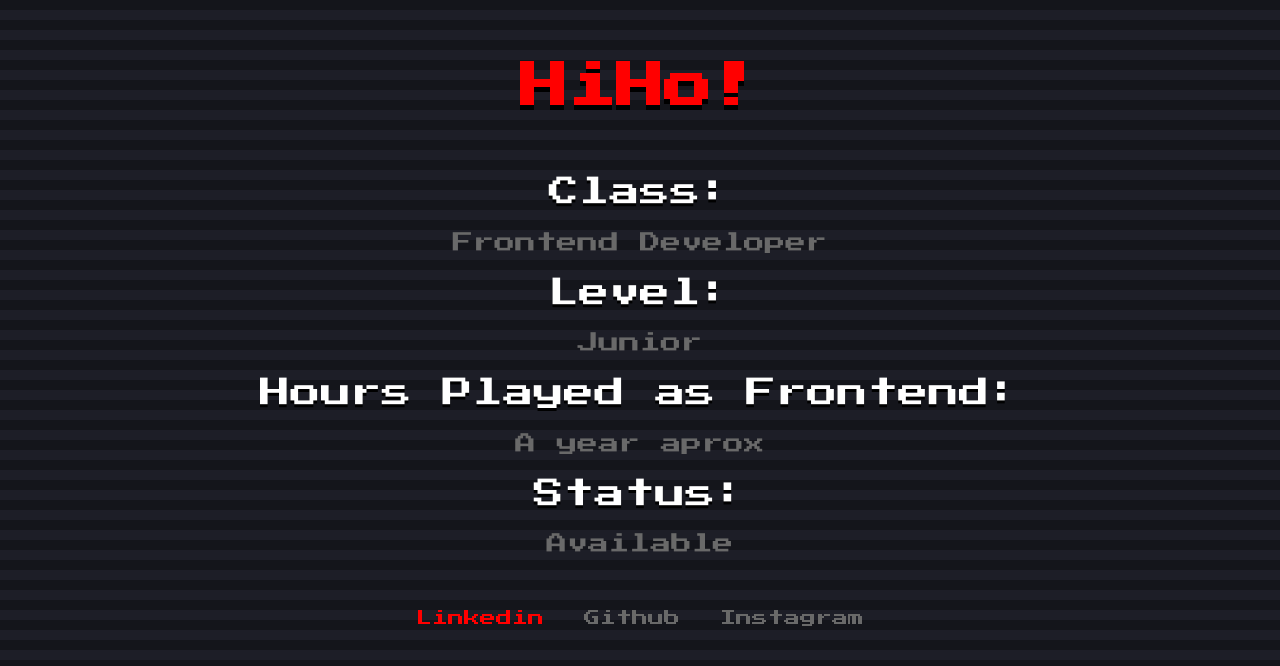
Repository: sernalab/soon
Page: index.html
The author's editor kept a copy of each file at every save. The page is drawn from the files as they stood at one save, then again after the next save.
The browser window is 1280 px wide. The pictures show the whole page.
The pointer rests on the first visible `a`.

Above is the page before, as saved 2018-12-27 00:57:53.

### index.html
<!DOCTYPE html>
<html lang="en">

<head>
    <meta charset="UTF-8">
    <meta name="viewport" content="width=device-width, initial-scale=1.0">
    <meta http-equiv="X-UA-Compatible" content="ie=edge">
    <title>Lulz</title>
    <link rel="stylesheet" href="css/styles.css">
    <link href="https://fonts.googleapis.com/css?family=Press+Start+2P" rel="stylesheet">

</head>

<body>
    <main>
        <h1>HiHo!</h1>
        <span>Class:</span>
        <p> Frontend Developer</p>
        <span>Level:</span>
        <p>Junior</p>
        <span>Hours Played as Frontend:</span>
        <p>A year aprox</p>
        <span>Status:</span>
        <p>Available</p>
        <!-- 14151b 1d1e27-->
        <footer>
            <ul>
                <li><a href="https://www.linkedin.com/in/carles-serna-uroz-2b23a76a/">Linkedin <a/></li>
                <li><a href="https://github.com/sernalab">Github</a></li>
                <li><a href="https://www.instagram.com/lazy_developer/">Instagram</a></li>
            </ul>
        </footer>
    </main>
</body>

<script>
    // google analitycs
</script>

</html>

### css/styles.css
/*! normalize.css v8.0.1 | MIT License | github.com/necolas/normalize.css */


/* Document
   ========================================================================== */


/**
 * 1. Correct the line height in all browsers.
 * 2. Prevent adjustments of font size after orientation changes in iOS.
 */

html {
    line-height: 1.15;
    /* 1 */
    -webkit-text-size-adjust: 100%;
    /* 2 */
}


/* Sections
   ========================================================================== */


/**
 * Remove the margin in all browsers.
 */

body {
    margin: 0;
}


/**
 * Render the `main` element consistently in IE.
 */

main {
    display: block;
}


/**
 * Correct the font size and margin on `h1` elements within `section` and
 * `article` contexts in Chrome, Firefox, and Safari.
 */

h1 {
    font-size: 2em;
    margin: 0.67em 0;
}


/* Grouping content
   ========================================================================== */


/**
 * 1. Add the correct box sizing in Firefox.
 * 2. Show the overflow in Edge and IE.
 */

hr {
    box-sizing: content-box;
    /* 1 */
    height: 0;
    /* 1 */
    overflow: visible;
    /* 2 */
}


/**
 * 1. Correct the inheritance and scaling of font size in all browsers.
 * 2. Correct the odd `em` font sizing in all browsers.
 */

pre {
    font-family: monospace, monospace;
    /* 1 */
    font-size: 1em;
    /* 2 */
}


/* Text-level semantics
   ========================================================================== */


/**
 * Remove the gray background on active links in IE 10.
 */

a {
    background-color: transparent;
}


/**
 * 1. Remove the bottom border in Chrome 57-
 * 2. Add the correct text decoration in Chrome, Edge, IE, Opera, and Safari.
 */

abbr[title] {
    border-bottom: none;
    /* 1 */
    text-decoration: underline;
    /* 2 */
    text-decoration: underline dotted;
    /* 2 */
}


/**
 * Add the correct font weight in Chrome, Edge, and Safari.
 */

b,
strong {
    font-weight: bolder;
}


/**
 * 1. Correct the inheritance and scaling of font size in all browsers.
 * 2. Correct the odd `em` font sizing in all browsers.
 */

code,
kbd,
samp {
    font-family: monospace, monospace;
    /* 1 */
    font-size: 1em;
    /* 2 */
}


/**
 * Add the correct font size in all browsers.
 */

small {
    font-size: 80%;
}


/**
 * Prevent `sub` and `sup` elements from affecting the line height in
 * all browsers.
 */

sub,
sup {
    font-size: 75%;
    line-height: 0;
    position: relative;
    vertical-align: baseline;
}

sub {
    bottom: -0.25em;
}

sup {
    top: -0.5em;
}


/* Embedded content
   ========================================================================== */


/**
 * Remove the border on images inside links in IE 10.
 */

img {
    border-style: none;
}


/* Forms
   ========================================================================== */


/**
 * 1. Change the font styles in all browsers.
 * 2. Remove the margin in Firefox and Safari.
 */

button,
input,
optgroup,
select,
textarea {
    font-family: inherit;
    /* 1 */
    font-size: 100%;
    /* 1 */
    line-height: 1.15;
    /* 1 */
    margin: 0;
    /* 2 */
}


/**
 * Show the overflow in IE.
 * 1. Show the overflow in Edge.
 */

button,
input {
    /* 1 */
    overflow: visible;
}


/**
 * Remove the inheritance of text transform in Edge, Firefox, and IE.
 * 1. Remove the inheritance of text transform in Firefox.
 */

button,
select {
    /* 1 */
    text-transform: none;
}


/**
 * Correct the inability to style clickable types in iOS and Safari.
 */

button,
[type="button"],
[type="reset"],
[type="submit"] {
    -webkit-appearance: button;
}


/**
 * Remove the inner border and padding in Firefox.
 */

button::-moz-focus-inner,
[type="button"]::-moz-focus-inner,
[type="reset"]::-moz-focus-inner,
[type="submit"]::-moz-focus-inner {
    border-style: none;
    padding: 0;
}


/**
 * Restore the focus styles unset by the previous rule.
 */

button:-moz-focusring,
[type="button"]:-moz-focusring,
[type="reset"]:-moz-focusring,
[type="submit"]:-moz-focusring {
    outline: 1px dotted ButtonText;
}


/**
 * Correct the padding in Firefox.
 */

fieldset {
    padding: 0.35em 0.75em 0.625em;
}


/**
 * 1. Correct the text wrapping in Edge and IE.
 * 2. Correct the color inheritance from `fieldset` elements in IE.
 * 3. Remove the padding so developers are not caught out when they zero out
 *    `fieldset` elements in all browsers.
 */

legend {
    box-sizing: border-box;
    /* 1 */
    color: inherit;
    /* 2 */
    display: table;
    /* 1 */
    max-width: 100%;
    /* 1 */
    padding: 0;
    /* 3 */
    white-space: normal;
    /* 1 */
}


/**
 * Add the correct vertical alignment in Chrome, Firefox, and Opera.
 */

progress {
    vertical-align: baseline;
}


/**
 * Remove the default vertical scrollbar in IE 10+.
 */

textarea {
    overflow: auto;
}


/**
 * 1. Add the correct box sizing in IE 10.
 * 2. Remove the padding in IE 10.
 */

[type="checkbox"],
[type="radio"] {
    box-sizing: border-box;
    /* 1 */
    padding: 0;
    /* 2 */
}


/**
 * Correct the cursor style of increment and decrement buttons in Chrome.
 */

[type="number"]::-webkit-inner-spin-button,
[type="number"]::-webkit-outer-spin-button {
    height: auto;
}


/**
 * 1. Correct the odd appearance in Chrome and Safari.
 * 2. Correct the outline style in Safari.
 */

[type="search"] {
    -webkit-appearance: textfield;
    /* 1 */
    outline-offset: -2px;
    /* 2 */
}


/**
 * Remove the inner padding in Chrome and Safari on macOS.
 */

[type="search"]::-webkit-search-decoration {
    -webkit-appearance: none;
}


/**
 * 1. Correct the inability to style clickable types in iOS and Safari.
 * 2. Change font properties to `inherit` in Safari.
 */

::-webkit-file-upload-button {
    -webkit-appearance: button;
    /* 1 */
    font: inherit;
    /* 2 */
}


/* Interactive
   ========================================================================== */


/*
 * Add the correct display in Edge, IE 10+, and Firefox.
 */

details {
    display: block;
}


/*
 * Add the correct display in all browsers.
 */

summary {
    display: list-item;
}


/* Misc
   ========================================================================== */


/**
 * Add the correct display in IE 10+.
 */

template {
    display: none;
}


/**
 * Add the correct display in IE 10.
 */

[hidden] {
    display: none;
}


/* custom css */

body {
    font-family: 'Press Start 2P';
    background: repeating-linear-gradient( #14151b, #14151b 10px, #1d1e27 10px, #1d1e27 20px);
    background-repeat: no-repeat;
    height: 100vh;
}

main {
    display: flex;
    flex-direction: column;
    align-items: center;
}

h1 {
    font-size: 3em;
    margin: 60px 0;
    color: red;
    text-shadow: 0 .1em 0 #000;
}

span {
    color: white;
    font-size: 1.9em;
    text-shadow: 0 .1em 0 #000;
}

p {
    font-size: 1.3em;
    color: dimgrey;
}

footer {
    margin-top: 2em;
}

ul {
    margin: 0;
    padding: 0;
    display: flex;
}

li {
    list-style: none;
    margin: 0 20px;
}

a {
    text-decoration: none;
    color: dimgray;
}

a:hover {
    text-decoration: none;
    color: red;
}

After the next save:
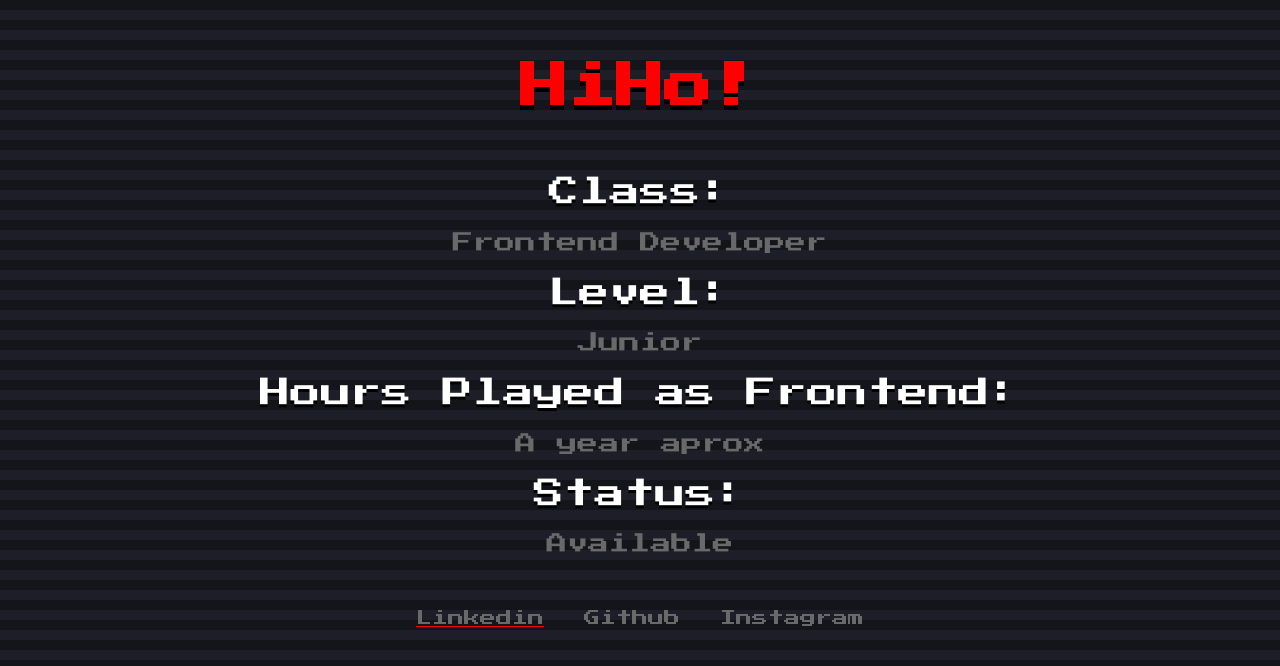
Saved 27 s later.
--- a/css/styles.css
+++ b/css/styles.css
@@ -473,6 +473,6 @@ a {
 }
 
 a:hover {
-    text-decoration: none;
-    color: red;
-}
+    border-bottom: 1px solid red;
+    color: dimgray;
+}
